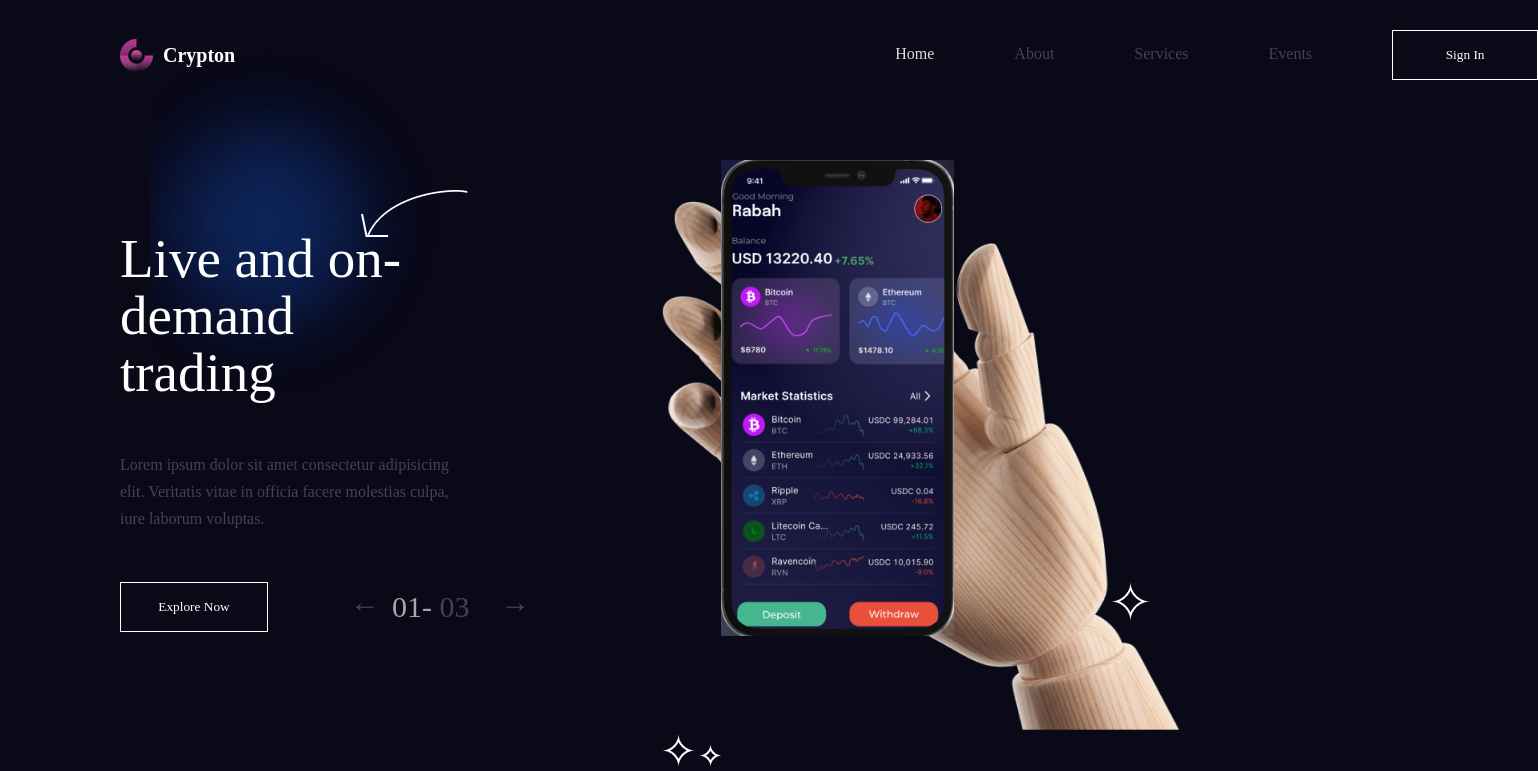
Repository: isaacCodes1/Crypton-Website
Page: index.html
These files come from the project's save history. The page is drawn as it stood at one moment and after the next save; the edit follows.
The browser window is 1280 px wide. The page is 1538 px wide, so the pictures cover 1538 px, including what lies to the right of the window. The pictures show the whole page.

Above is the page before, as saved 2024-05-14 21:11:36.

### index.html
<!DOCTYPE html>
<html lang="en">
  <head>
    <meta charset="UTF-8" />
    <meta name="viewport" content="width=device-width, initial-scale=1.0" />
    <link rel="stylesheet" href="style.css" />
    <title>Crypton HomePage</title>
  </head>
  <body>
    <header>
      <nav>
        <div class="headerGen">
          <div class="logo">
            <img class="logoImage" src="/Assets/Group 605.png" alt="" />
            <p class="logoText">Crypton</p>
            <ul>
              <li>Home</li>
              <li style="color: #d6d5d54a">About</li>
              <li style="color: #d6d5d54a">Services</li>
              <li style="color: #d6d5d54a">Events</li>
              <button class="sign">Sign In</button>
            </ul>
          </div>
        </div>
      </nav>
    </header>
    <section>
      <div class="firstSectionGeneral">
        <div class="liveTexts">
          <h1 class="liveText"><span><img class="shadow" src="/Assets/shadow.png" alt=""></span><span><img class="arrow" src="/Assets/Arrow_03.png" alt=""></span>Live and on-demand trading</h1>
          <p class="lorem">
            Lorem ipsum dolor sit amet consectetur adipisicing elit. Veritatis
            vitae in officia facere molestias culpa, iure laborum voluptas.
          </p>
          <button class="explore">Explore Now</button>
          <span class="rArrow">&#8592;</span>
          <p class="innerP">01- <span class="theBrownNumber">03</span></p>
          <span class="lArrow">&#8594;</span>
        </div>
      </div>
    </section>
    <section>
      <div class="handDiv">
        <div class="woodenHand">
          <img class="wood" src="/Assets/rabat.png
          " alt="">
          <img class="hand" src="/Assets/Hand.png" alt="">
          <img class="five" src="/Assets/Star 5.png" alt="">
          <img class="six" src="/Assets/Star 6.png" alt="">
          <img class="eight" src="/Assets/Star 8.png" alt="">
        </div>
      </div>
    </section>
  </body>
</html>

### style.css
    * {
    margin: 0;
    padding: 0;
    box-sizing: border-box;
    font-family: "poppins";
    }
body{
    background-color: rgb(9, 9, 24);
}
/* NavBar */
.logo {
    display: flex;
    align-items: center;
    gap: 10px;
    padding-top: 30px;
    margin-left: 120px;
    margin-bottom: 150px;
    cursor: pointer;
}
.logoText{
    font-size: 20px;
    color: #fff;
    margin-right: 650px;
    font-weight: 600;
}
.logo ul{
    display: flex;
    color: #dedcdc;
    list-style: none;
    gap: 80px;
    display: flex;
    align-items: center;
    cursor: pointer;
}
    .logo ul li {
        list-style: none;
        display: inline-block;
        /* padding: 8px 12px; */
        position: relative;
    }
    .logo ul li::after {
        content: "";
        width: 0%;
        height: 2px;
        background: #fff;
        display: block;
        margin: auto;
        transition: 0.5s;
    }
    .logo ul li:hover::after {
        width: 70%;
    }

.sign{
    width: 146px;
    height: 50px;
    border: 1px solid #fff;
    background: transparent;
    color: #fff;
    cursor: pointer;
}
/* Landing Page */
.liveTexts{
    /* display: flex; */
}
.liveText{
    display: flex;
    flex-direction: column;
    font-size: 55px;
    width: 340px;
    line-height: 57px;
    color: #fff;
    margin-left: 120px;
    font-weight: normal;
    margin-bottom: 50px;
}
.shadow{
    width: 25%;
    position: absolute;
    top: 20px;
    left: 150px;
    z-index: -1;
}
.lorem{
    color: #d6d5d54a;
    width: 27%;
    margin-left: 120px;
    line-height: 27px;
    margin-bottom: 50px;
}
.explore{
    margin-left: 120px;
    width: 148px;
    height: 50px;
    background: transparent;
    color: #fff;
    border: 1px solid #fff;
}
.arrow{
    position: absolute;
    top: 120px;
    left: 320px;
}
.rArrow{
    position: absolute;
    font-size: 30px;
    top: 585px;
    left: 350px;
    margin-right: 200px;
    color: #d6d5d54a;
    display: flex;
    align-items: center;
}
.lArrow{
    position: absolute;
    font-size: 30px;
    top: 585px;
    left: 500px;
    color: #d6d5d54a;
    display: flex;
    align-items: center;
}
.innerP{
    position: absolute;
    left: 392px;
    top: 590px;
    color: #ffffffa4;
    font-size: 30px;
}
.theBrownNumber{
    color: #d6d5d54a;
}
/* Wooden Hand Image */
.handDiv{
    display: flex;
    position: absolute;
    top: 190px;
    right: 100px;
}
.hand{
    height: 75vh;
    width: 100%;
}
.wood{
    position: absolute;
    right: 226px;
    top: -30px;
    width: 45%;
}
.five{
    position: absolute;
    right: 30px;
    bottom: 150px;
}

After the next save:
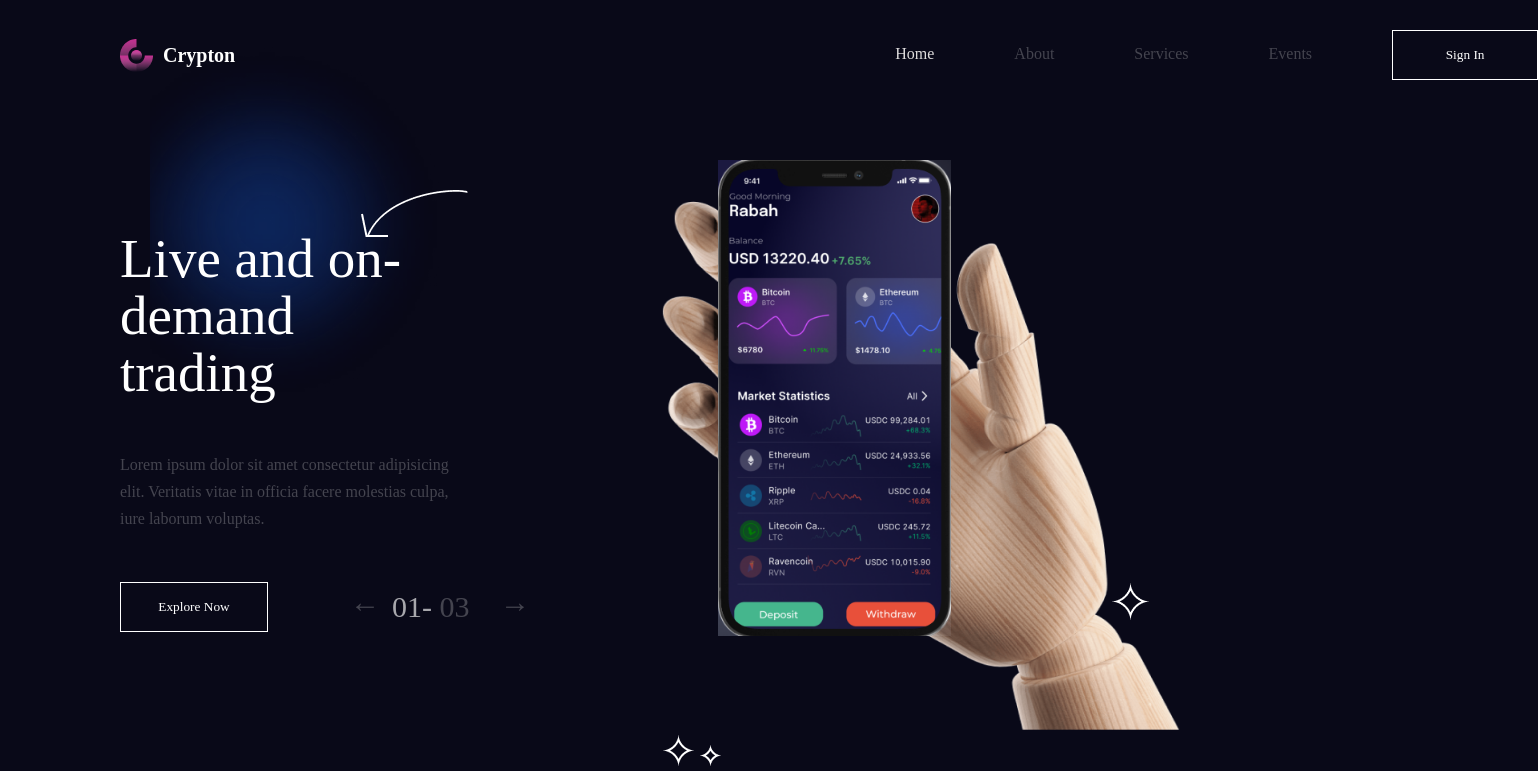
Saved 5 s later.
--- a/style.css
+++ b/style.css
@@ -143,7 +143,7 @@ body{
 }
 .wood{
     position: absolute;
-    right: 226px;
+    right: 229px;
     top: -30px;
     width: 45%;
 }
